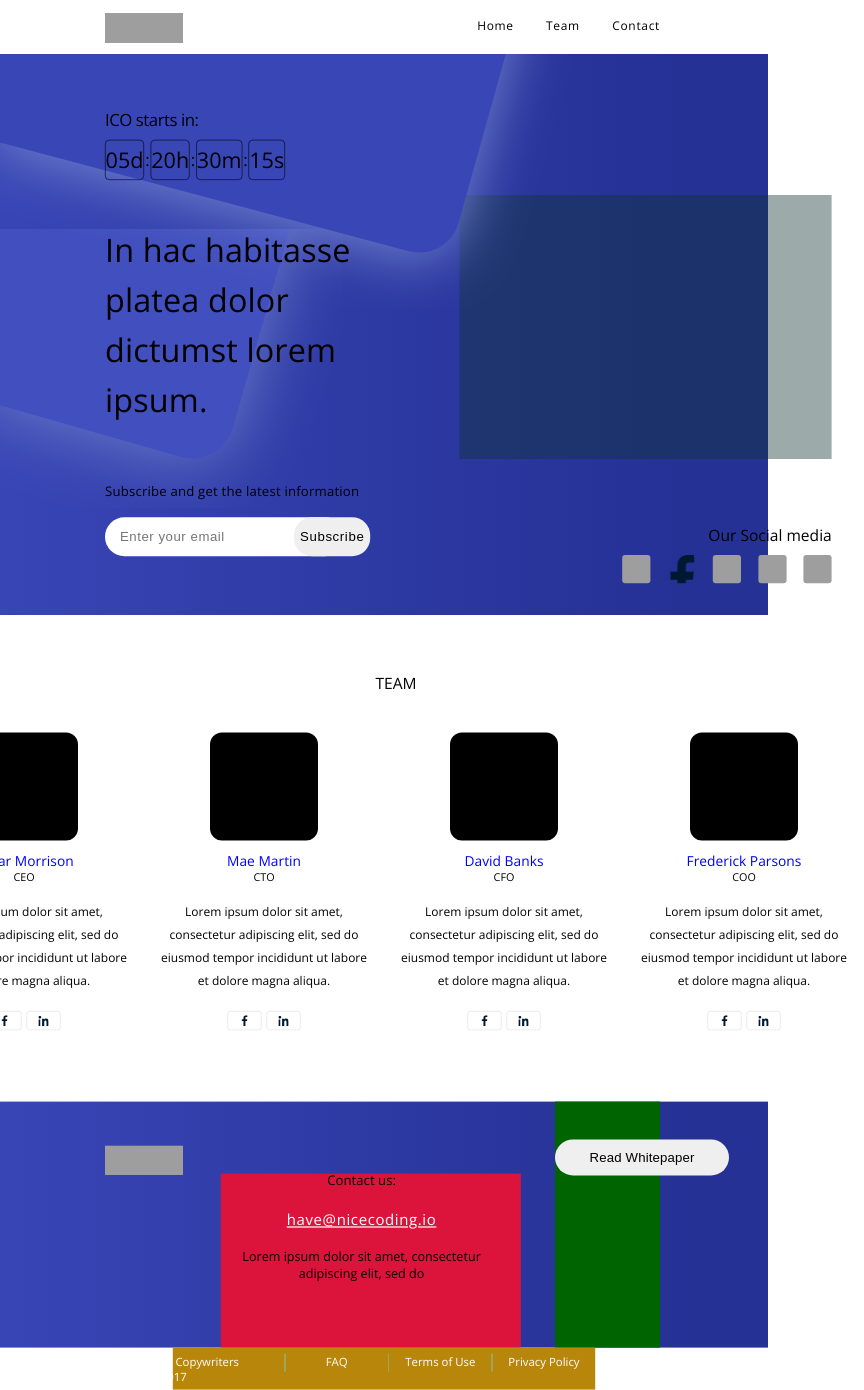
Repository: McGregorSt/newOne
Page: index.html
An editor plug-in stored every save of this project. The page is shown before and after the next save, followed by the edit.
The browser window is 1280 px wide. The page is 1440 px wide, so the pictures cover 1440 px, including what lies to the right of the window. The pictures show the whole page, at 60% of full size.
Pictures or frames that could not be fetched are drawn as grey boxes.

Above is the page before, as saved 2019-12-16 11:02:21.

### index.html
<!DOCTYPE html>
<html lang="en">
<head>
  <meta charset="UTF-8">
  <meta name="viewport" content="width=device-width, initial-scale=1.0">
  <meta http-equiv="X-UA-Compatible" content="ie=edge">
  <link rel="stylesheet" href="css/style.css">
  <link href="https://fonts.googleapis.com/css?family=Open+Sans:300,300i,400,400i,600,600i,700,700i,800,800i&display=swap" rel="stylesheet">
  <title>Ethworks</title>
</head>
<body>
  <div class="container">
    <section class="header">
      <div class="header__logo"></div>
      <ul class="header__menu">
        <li class="header__menu__item">Home</li>
        <li class="header__menu__item">Team</li>
        <li class="header__menu__item">Contact</li>
      </ul>
    </section>
    <section class="main">
      <div class="wrapper">
        <div class="subs">
          <div class="subs__timer">
            <span class="subs__timer__header">ICO starts in:</span>
            <div class="subs__timer__global">
              <div class="subs__timer__item">05d</div>
              <div class="subs__timer__item">:</div>
              <div class="subs__timer__item">20h</div>
              <div class="subs__timer__item">:</div>
              <div class="subs__timer__item">30m</div>
              <div class="subs__timer__item">:</div>
              <div class="subs__timer__item">15s</div>
            </div>
          </div>
          <div class="subs__article">In hac habitasse platea dolor dictumst lorem ipsum.</div>
          <div class="subs__email">
            <span class="subs__email__header">Subscribe and get the latest information</span>
            <div class="subs__email__content">
              <input type="email" class="subs__email__input" placeholder="Enter your email">
              <button type="submit" class="subs__email__button">Subscribe</button>
            </div>
          </div>
        </div>

      <div class="media">
        <div class="media__media">
          <div class="media__player"></div>
          <div class="media__social">
            <span class="media__social__header">Our Social media</span>
            <div class="media__social__items">
              <div class="media__social__tt"></div>
              <div class="media__social__fb"></div>
              <div class="media__social__md"></div>
              <div class="media__social__gh"></div>
              <div class="media__social__mail"></div>
            </div>
          </div>
        </div>
    </div>
    </div>
    <div class="subs__subs"></div>
    </section>
    <section class="team">
      <div class="team__header">TEAM</div>
      <div class="team__cards">
        <div class="team__card">
          <div class="team__card__photo"></div>
          <div class="team__card__name">Edgar Morrison</div>
          <div class="team__card__title">CEO</div>
          <div class="team__card__description">Lorem ipsum dolor sit amet, consectetur adipiscing elit, sed do eiusmod tempor incididunt ut labore et dolore magna aliqua. </div>
          <div class="team__card__social">
            <div class="card__social__fb"></div>
            <div class="card__social__in"></div>
          </div>
        </div>
        <div class="team__card">
          <div class="team__card__photo"></div>
          <div class="team__card__name">Mae Martin</div>
          <div class="team__card__title">CTO</div>
          <div class="team__card__description">Lorem ipsum dolor sit amet, consectetur adipiscing elit, sed do eiusmod tempor incididunt ut labore et dolore magna aliqua. </div>
          <div class="team__card__social">
            <div class="card__social__fb"></div>
            <div class="card__social__in"></div>
          </div>
        </div>
        <div class="team__card">
          <div class="team__card__photo"></div>
          <div class="team__card__name">David Banks</div>
          <div class="team__card__title">CFO</div>
          <div class="team__card__description">Lorem ipsum dolor sit amet, consectetur adipiscing elit, sed do eiusmod tempor incididunt ut labore et dolore magna aliqua.</div>
          <div class="team__card__social">
            <div class="card__social__fb"></div>
            <div class="card__social__in"></div>
          </div>
        </div>
        <div class="team__card">
          <div class="team__card__photo"></div>
          <div class="team__card__name">Frederick Parsons</div>
          <div class="team__card__title">COO</div>
          <div class="team__card__description">Lorem ipsum dolor sit amet, consectetur adipiscing elit, sed do eiusmod tempor incididunt ut labore et dolore magna aliqua.</div>
          <div class="team__card__social">
            <div class="card__social__fb"></div>
            <div class="card__social__in"></div>
          </div>
        </div>
      </div>
    </section>
    <section class="footer">
      <div class="footer__main">
        <div class="footer__main__logo"></div>
        <div class="footer__main__contact">
          <span>Contact us:</span>
          <span><a href="mailto:#">have@nicecoding.io</a></span>
          <span>Lorem ipsum dolor sit amet, consectetur adipiscing elit, sed do</span>
        </div>
        <div class="footer__main__whitepaper">
          <button type="submit" class="header__whitepaper__button">Read Whitepaper</button>
        </div>
      </div>
      <div class="footer__menu">
        <div class="footer__menu__item">
          <span>&#9400 Copywriters 2017</span>
        </div>
        <div class="footer__menu__separator"></div>
        <div class="footer__menu__item">
          <a href="#">FAQ</a>
        </div>
        <div class="footer__menu__separator"></div>
        <div class="footer__menu__item">
          <a href="#">Terms of Use</a>
        </div>
        <div class="footer__menu__separator"></div>
        <div class="footer__menu__item">
          <a href="#">Privacy Policy</a>
        </div>
      </div>
    </section>
  </div>
</body>
<script src="js/app.js">


</script>
</html>

### css/style.css
body {
  margin: 0;
  padding: 0;
  box-sizing: border-box;
  font-family: 'Open Sans', sans-serif;
  overflow-y: scroll;
}
/* section header */
.header {
  height: 95px;
  margin: auto;
  margin-top: -5px;
  display: flex;
  justify-content: space-between;
  align-items: center;
  padding: 0 180px;
}
.header__logo {
  width: 130px;
  height: 50px;
  background-image: url('../Assets/logo/dark.svg');
  background-size: cover;
  position: relative;
  left: -5px;
  top: 3px;
}
.header__menu {
  list-style: none;
  display: flex;
  letter-spacing: 1.1px;
  /* font-weight: 300; */
  /* justify-content: space-between; */
  font-size: 20px;
}
.header__menu__item {
  padding: 0 0 0 54px;
}

/* .wrapper {
  position: relative;
  z-index: 100;
} */
/* section main */
.main {
  height: 935px;

}
.main {
  /* background: rgb(56,69,181); */
  background: linear-gradient(90deg, rgba(56,69,181,1) 0%, rgba(37,49,149,1) 88%);

  /* background-image: url('../Assets/BG/Shape1@1x.svg');
  background-repeat: no-repeat;
  background-size: 75%;
  background-position-y: -95px;
  background-position-x: -10px;
  position: relative;
  z-index: 2; */
}
.wrapper {
  display: flex;
  position: relative;

}

.wrapper:after {
  content: "";
  width: 100%;
  height: 100%;
  background-image: url('../Assets/BG/Shape1@1x.svg');
  background-repeat: no-repeat;
  background-size: 75%;
  background-position-y: -95px;
  background-position-x: -10px;
  position: absolute;
  z-index: 10;
  /* filter: url('../Assets/BG/Shape1@1x.svg#filter-2')  */
}

.subs {

  width: 50%;
  font-size: 28px;
  display: flex;
  flex-direction: column;
  padding: 90px 0 60px 175px;
  position: relative;
  z-index: 99;
}
.subs__subs {
  /* width: 50%; */
  height: 800px;
  background-image: url('../Assets/BG/Shape2@1x.svg');
  background-size: 47%;
  top: -730px;
  left: -200px;
  background-position-y: -260px;
  background-position-x: 170px;
  background-repeat: no-repeat;
  position: relative;
  z-index: 1;
  /* filter: url('../Assets/BG/Shape2@1x.svg#filter-2') */
}
.subs__timer {
  /* background-color: thistle; */
  position: relative;
  z-index: 1;
}
.subs__timer__header {
  letter-spacing: -0.8px;
}
.subs__timer__global {
  width: 56.4%;
  display: flex;
  justify-content: space-between;
  padding: 15px 0 40px 0 ;
}
.subs__timer__item {
  width: 88px;
  height: 65px;
  display: flex;
  justify-content: center;
  align-items: center;
}
.subs__timer__item:nth-child(2n+2) {

}
.subs__timer__item:nth-child(2n+1) {
  width: 40%;
  border: 1px solid #000;
  font-size: 36px;
  border-radius: 7px;
}
.subs__article {
  font-size: 54px;
  letter-spacing: 0.2px;
  line-height: 83px;
  padding: 35px 0;
  /* background-color: wheat; */

}
.subs__email {
  /* background-color: yellow; */
  display: flex;
  flex-direction: column;
  font-size: 22px;
  letter-spacing: 0.3px;
  padding: 60px 0;
}
.subs__email__content {
  /* background-color: yellowgreen; */
  height: 100px;
  padding: 30px 0;
}
.subs__email__input {
  height: 63%;
  width: 70%;
  border-radius: 40px;
  font-size: 22px;
  padding-left: 25px;
  letter-spacing: 0.9px;
  outline: none;
  border: 0;
}
.subs__email__input::placeholder {
  /* padding-left: 25px; */
}
.subs__email__button {
  height: 65%;
  width: 24%;
  margin-left: -90px;
  font-size: 22px;
  letter-spacing: 1.05px;
  border: 0;
  border-radius: 30px;
}

.media {
  /* height: 80%; */
  width: 50%;
  /* background-color: tomato; */
}
.media__media {
  height: 100%;
  /* display: flex;
  flex-direction: column; */
  /* justify-content: space-around; */
  padding: 235px 0 0 60px;
}
.media__player {
  width: 620px;
  height: 440px;
  background-color: rgba(15, 51, 47, 0.411);
}
.media__social {
  width: 620px;
  height: 23%;
  display: flex;
  flex-direction: column;
  align-items: flex-end;
  justify-content: center;
  /* background-color: orangered; */
}
.media__social__header {
  font-size: 26px;
  padding: 80px 0 16px 0;

}
.media__social__items {
  width: 56.3%;
  display: flex;
  justify-content: space-between;
}
div.media__social__items > div {
  width: 47px;
  height: 47px;
  /* background-color: olivedrab; */
  border-radius: 5px;
}
.media__social__tt {
  background-image: url('../Assets/Social icons/Twitter@1x.svg');
  background-size: cover;
}
.media__social__fb {
  background-image: url('../Assets/Social icons/Facebook@1x.svg');
  background-size: cover;
}
.media__social__md {
  background-image: url('../Assets/Social icons/Medium@1x.svg');
  background-size: cover;
}
.media__social__gh {
  background-image: url('../Assets/Social icons/Github@1x.svg');
  background-size: cover;
}
.media__social__mail {
  background-image: url('../Assets/Social icons/Telegram@1x.svg');
  background-size: cover;
}


/*
section team
*/

.team {
  display: flex;
  flex-direction: column;
  align-items: center;
  padding: 95px 0 50px 0;
}
.team__header {
  font-size: 26px;
  position: relative;
  left: 20px;
}
.team__cards {
  display: flex;
  justify-content: space-between;
  padding: 60px 0;
}
.team__card {
  height: 500px;
  width: 360px;
  display: flex;
  flex-direction: column;
  justify-content: space-between;
  align-items: center;
  margin: 0 10px;
  /* background-color: palegreen; */
  padding: 5px 10px
}
.team__card__photo {
  width: 180px;
  height: 180px;
  border-radius: 20px;
  background-color: black;

}
.team__card__name {
  font-size: 23px;
  color: blue;
  /* position: relative;
  top: -10px; */
}
.team__card__title {
  font-size: 18px;
  position: relative;
  top: -20px;
}
.team__card__description {
  font-size: 20px;
  text-align: center;
  line-height: 38px;
  position: relative;
  top: -10px;
  padding: 0 5px;
}
.team__card__social {
  display: flex;
  justify-content: space-between;
}
.team__card__social > * {
  width: 55px;
  height: 30px;
  border: 1px solid #ddd;
  border-radius: 5px;
  margin: 4px;
}
.card__social__fb {
  background-image: url('../Assets//Profil/Facebook@1x.svg');
  background-position: center center;
  background-size:20%;

  background-repeat: no-repeat;
}
.card__social__in {
  background-image: url('../Assets//Profil/linkedin@1x.svg');
  background-position: center center;
  background-size:30%;
  background-repeat: no-repeat;

}




/*
section footer
*/

.footer {
  display: flex;
  flex-direction: column;
  align-items: center;
}
.footer__main {
  height: 410px;
  display: flex;
  justify-content: space-between;
  padding: 0 180px;
  background: linear-gradient(90deg, rgba(56,69,181,1) 0%, rgba(37,49,149,1) 88%);
}

/* .footer__header {
  height: 123px;
  width: 100%;
  background-color: cornflowerblue;
  display: flex;
  justify-content: space-between;
  align-items: center;
} */
.footer__main__logo {
  width: 20%;
  margin-top: 70px;
  width: 130px;
  height: 50px;
  background-image: url('../Assets/logo/dark.svg');
  background-size: cover;
  position: relative;
  left: -5px;
  top: 3px;

}
.footer__main__contact {
  width: 500px;
  height: 290px;
  background-color: crimson;
  align-self: flex-end;
  display: flex;
  flex-direction: column;
  align-items: center;
}
.footer__main__whitepaper {
  width: 19%;
  background-color: darkgreen;
  padding-top: 33px;
}
.footer__menu {
  height: 60px;
  background-color: darkgoldenrod;
  width:55%;
  margin: auto;
  font-size: 19px;
  display: flex;
  justify-content: space-between;
  padding-top: 10px;
}
.header__whitepaper__button {
  height: 60px;
  width: 290px;
  font-size: 22px;
  letter-spacing: 0.25px;
  border: 0;
  border-radius: 30px;
  position: relative;
  top: 30px;
}
.footer__main__contact > span {
  margin-bottom: 40px;
  font-size: 22px;
  text-align: center;
  position: relative;
  top: -5px;
  left: -15px;
}
.footer__main__contact > span > a {
  font-size: 25px;
  color: #fff;
  letter-spacing: 1px;
  position: relative;
  top: -6px;
}
.footer__main__contact > span:last-child {
  font-size: 21px;
  top: -20px;
}
.footer__menu {

}
.footer__menu__item {
  width: 25%;
  display: flex;
  justify-content: center;
  color: #fff;
}
.footer__menu__item > a {
  text-decoration: none;
  color: #fff;
}
.footer__menu__item:first-child {
  padding-right: 35px;
  margin-left: -20px;

}
.footer__menu__separator {
  width: 2px;
  height: 30px;
  background-color: darkseagreen;
}

### js/app.js
let chi = document.querySelectorAll('.subs__timer__global:nth-child(2n+1)')
console.log(chi)

### Assets/BG/Shape1@1x.svg
<?xml version="1.0" encoding="UTF-8"?>
<svg width="1072px" height="582px" viewBox="0 0 1072 582" version="1.1" xmlns="http://www.w3.org/2000/svg" xmlns:xlink="http://www.w3.org/1999/xlink">
    <!-- Generator: Sketch 47.1 (45422) - http://www.bohemiancoding.com/sketch -->
    <title>BG/Shape1@1x</title>
    <desc>Created with Sketch.</desc>
    <defs>
        <path d="M982.285156,102 L982.285156,370.03125 L210.193802,575.356423 L210.193802,575.356423 C169.990097,586.047947 128.661819,562.429109 117.465781,522.362973 L-9.09494702e-13,102 L982.285156,102 Z" id="path-1"></path>
        <filter x="-16.7%" y="-32.3%" width="133.5%" height="169.1%" filterUnits="objectBoundingBox" id="filter-2">
            <feOffset dx="0" dy="11" in="SourceAlpha" result="shadowOffsetOuter1"></feOffset>
            <feGaussianBlur stdDeviation="53" in="shadowOffsetOuter1" result="shadowBlurOuter1"></feGaussianBlur>
            <feColorMatrix values="0 0 0 0 0.164705882   0 0 0 0 0.219607843   0 0 0 0 0.615686275  0 0 0 1 0" type="matrix" in="shadowBlurOuter1"></feColorMatrix>
        </filter>
    </defs>
    <g id="Page-1" stroke="none" stroke-width="1" fill="none" fill-rule="evenodd">
        <g id="FRONTENT-ZADANIE2">
            <g id="//BG" transform="translate(0.000000, -102.000000)">
                <g id="header-bg">
                    <g id="Rectangle">
                        <g id="BG/Shape1" transform="translate(491.142578, 339.963586) scale(-1, 1) translate(-491.142578, -339.963586) ">
                            <use fill="black" fill-opacity="1" filter="url(#filter-2)" xlink:href="#path-1"></use>
                            <use fill="#3947B6" fill-rule="evenodd" xlink:href="#path-1"></use>
                        </g>
                    </g>
                </g>
            </g>
        </g>
    </g>
</svg>

After the next save:
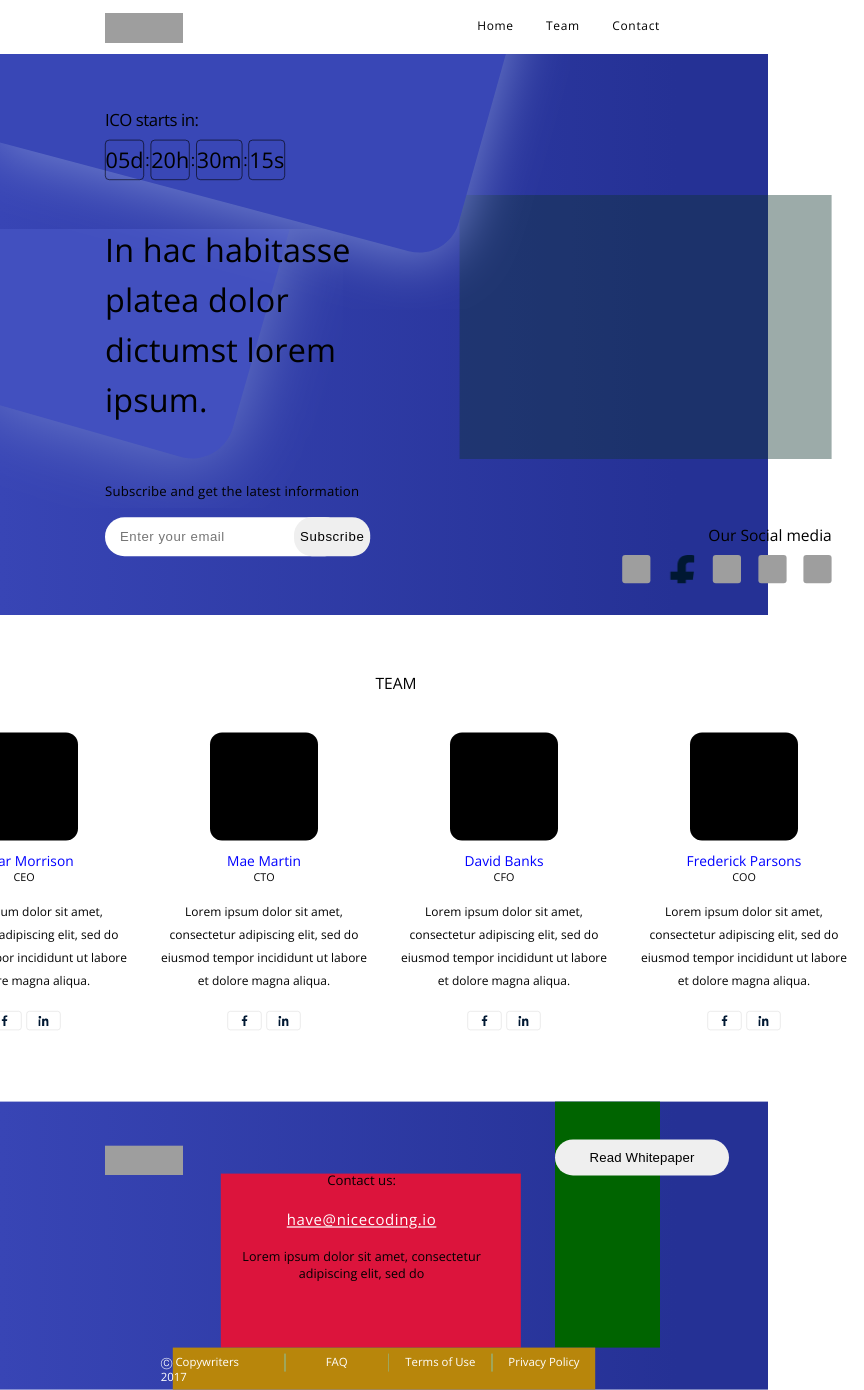
Saved 5 s later.
--- a/css/style.css
+++ b/css/style.css
@@ -333,13 +333,13 @@ section footer
   display: flex;
   flex-direction: column;
   align-items: center;
+  background: linear-gradient(90deg, rgba(56,69,181,1) 0%, rgba(37,49,149,1) 88%);
 }
 .footer__main {
   height: 410px;
   display: flex;
   justify-content: space-between;
   padding: 0 180px;
-  background: linear-gradient(90deg, rgba(56,69,181,1) 0%, rgba(37,49,149,1) 88%);
 }
 
 /* .footer__header {
